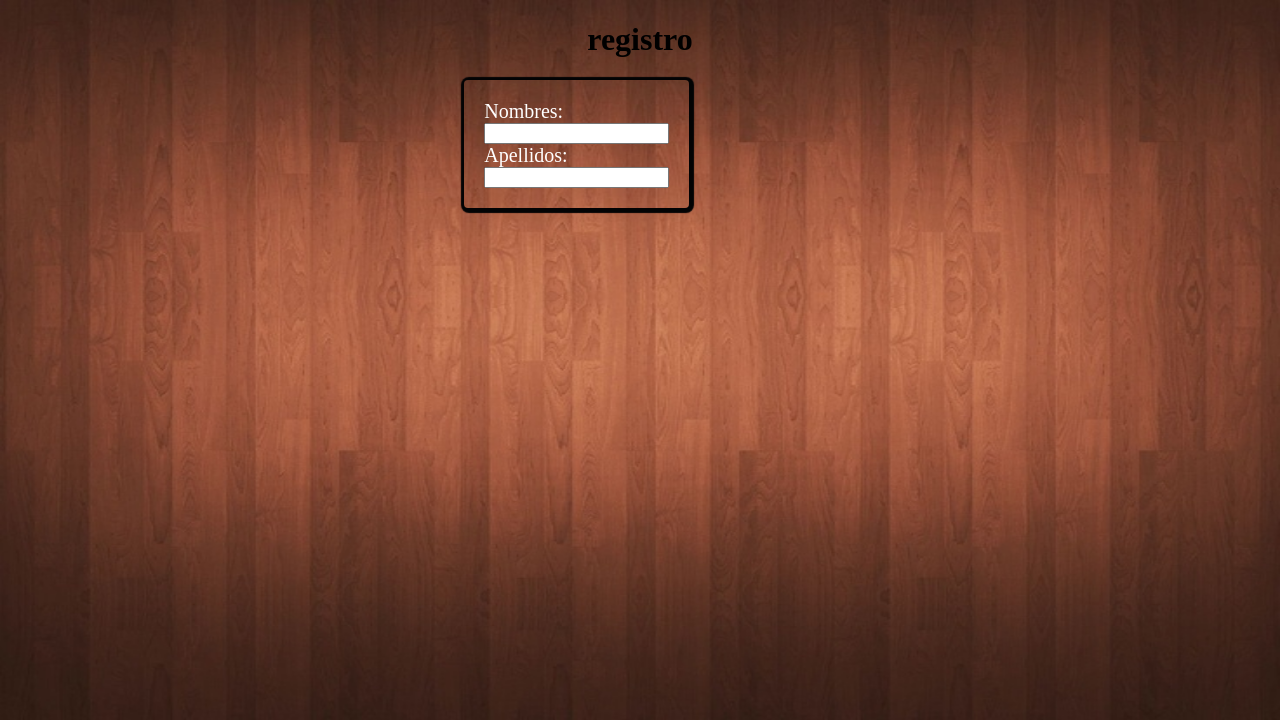
Repository: ye909/aplicacion_restaurante
Page: public/templeis/registro.html
The author's editor kept a copy of each file at every save. The page is drawn from the files as they stood at one save, then again after the next save.
The browser window is 1280 px wide. The pictures show the whole page.

Above is the page before, as saved 2024-11-12 21:36:44.

After the next save:
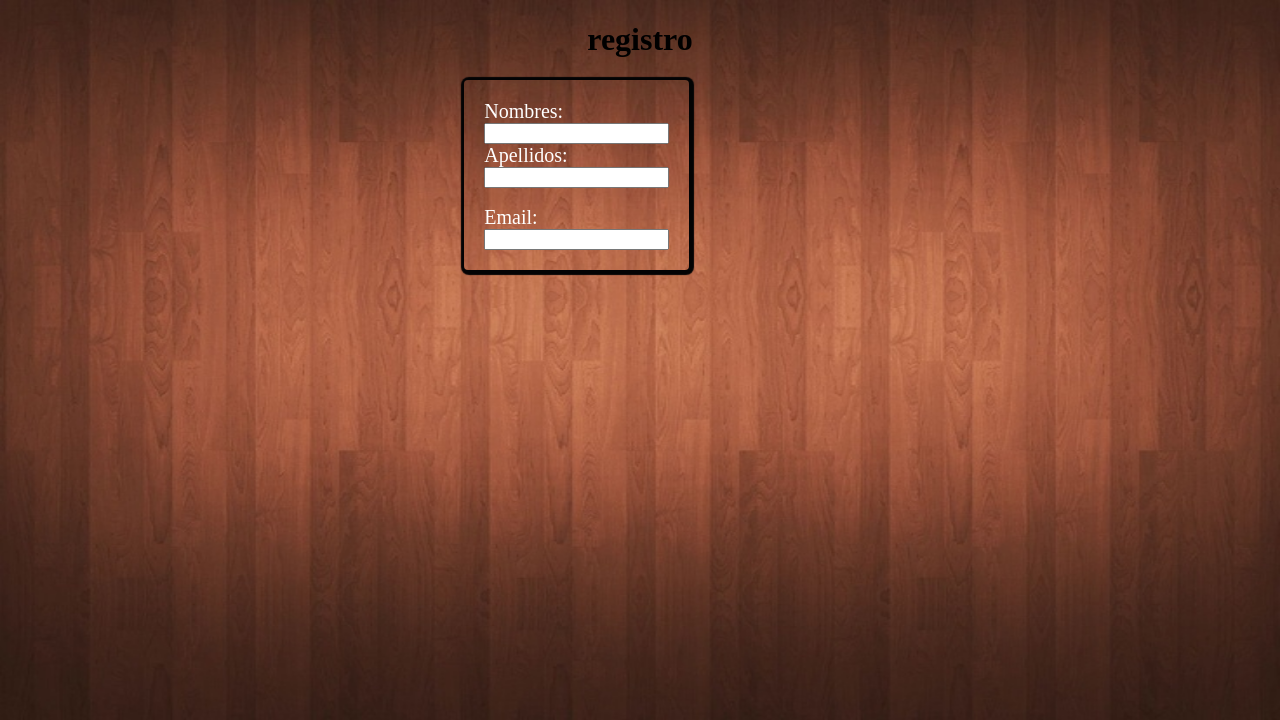
Saved 48 s later.
--- a/public/templeis/registro.html
+++ b/public/templeis/registro.html
@@ -15,6 +15,10 @@
             <br>
             <label for="apellidos">Apellidos:</label><br>
             <input type="text" id="apellidos" name="apellidos" required>
+            <br>
+            <br>
+            <label for="email">Email:</label><br>
+            <input type="email" id="email" name="email" email
         </form>
     </div>
 </body>
